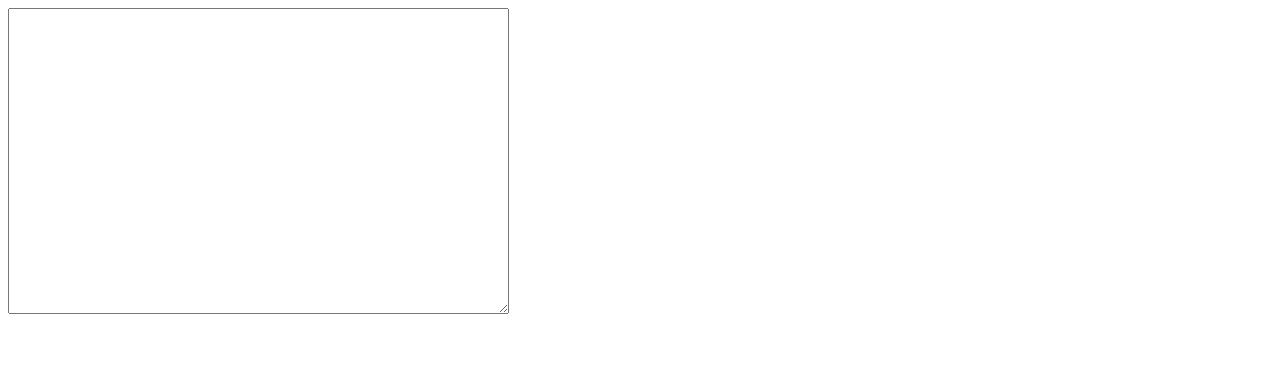
Repository: fmol2y/MusicMax
Page: http://localhost/MusicMax/unoszanimljivosti.jsp
An editor plug-in stored every save of this project. The page is shown before and after the next save, followed by the edit.
The browser window is 1280 px wide. The pictures show the whole page.
The page is served by Tomcat 9.

Above is the page before, as saved 2016-05-10 00:05:22.

After the next save:
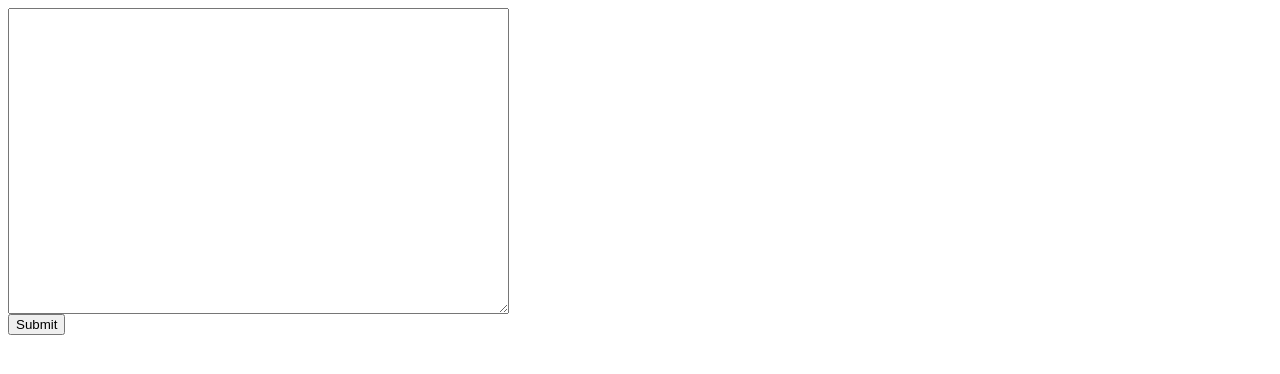
Saved 33 s later.
--- a/MusicMax/src/main/webapp/unoszanimljivosti.jsp
+++ b/MusicMax/src/main/webapp/unoszanimljivosti.jsp
@@ -7,6 +7,7 @@
 <title>Pisanje zanimljivosti</title>
 </head>
 <body>
-	<textarea rows="20" cols="60"></textarea>
+	<textarea rows="20" cols="60"></textarea><br>
+	<input type="submit" name="Save">
 </body>
 </html>
